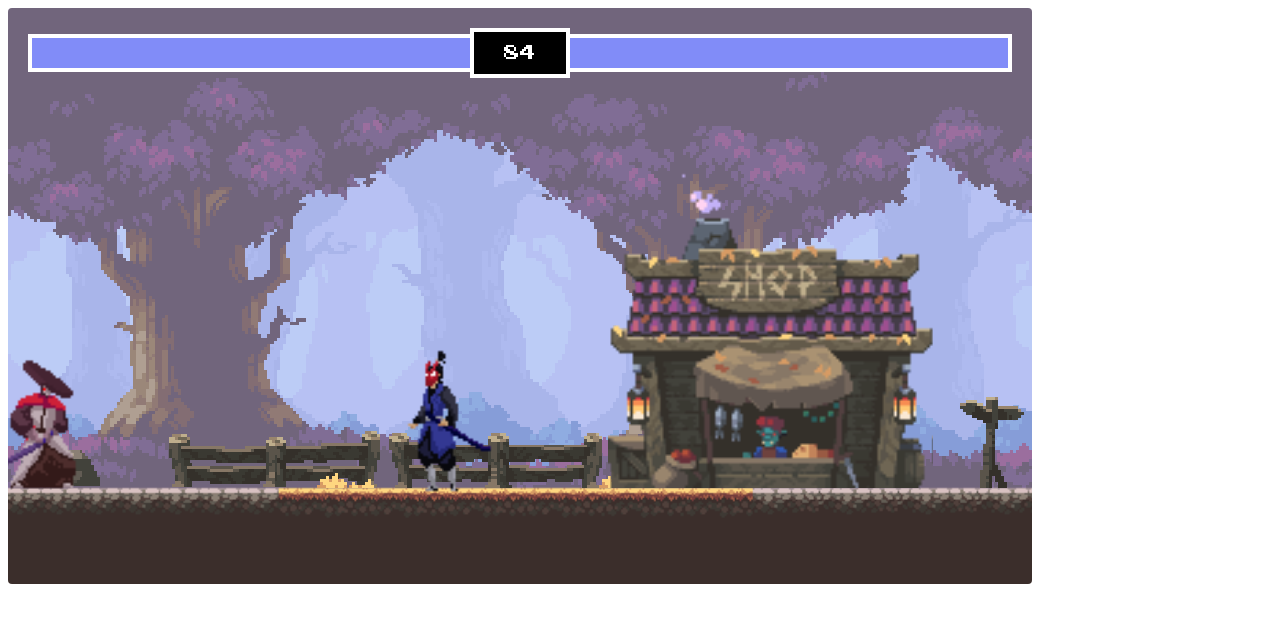
Repository: LuizAGDomingues/js-fighting-game
Page: index.html
These files come from the project's save history. The page is drawn as it stood at one moment and after a run of saves; the edit follows.
The browser window is 1280 px wide. The page is 1280 px wide, then 1288 px, so the pictures cover 1288 px, including what lies to the right of the window. The pictures show the whole page.

Above is the page before, as saved 2022-12-23 21:48:07.

After the next 2 saves:
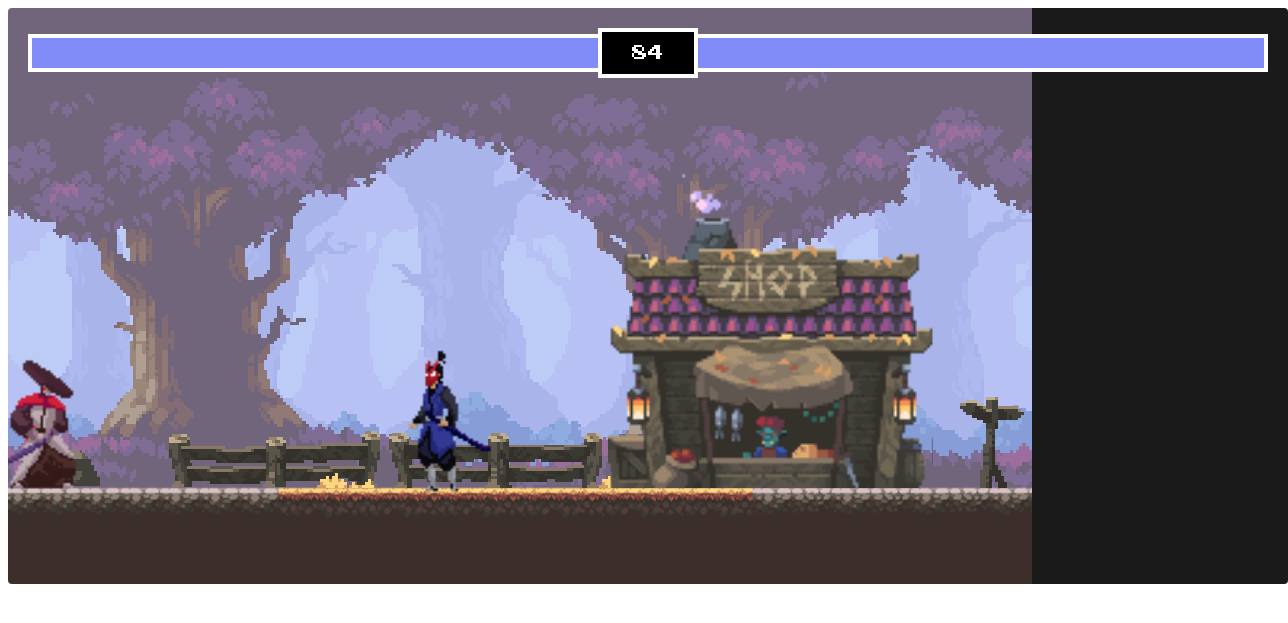
The 2 saves are shown as one change because they came seconds apart.
The last was saved 24 s later.
--- a/src/main.js
+++ b/src/main.js
@@ -1,7 +1,7 @@
 const canvas = document.querySelector('canvas');
 const c = canvas.getContext('2d');
 
-canvas.width = 1024
+canvas.width = window.innerWidth
 canvas.height = 576
 
 c.fillRect(0, 0, canvas.width, canvas.height)
